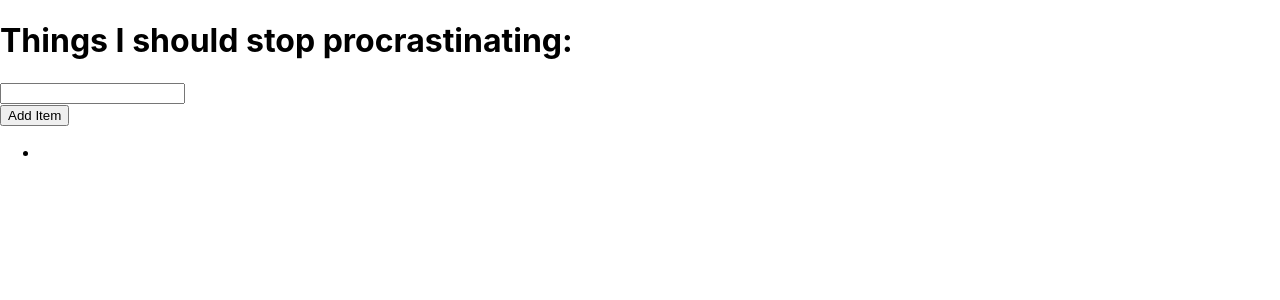
Repository: cerebrium/todolist
Page: /
An editor plug-in stored every save of this project. The page is shown before and after the next save, followed by the edit.
The browser window is 1280 px wide. The pictures show the whole page.
The project was rebuilt for these pictures with package versions that can differ from the ones it lists, and the page was loaded fresh each time. Also part of the build but not shown: src/App.css, src/ListItem.jsx.

Above is the page before, as saved 2019-11-25 15:23:47.

### src/App.jsx
import React from 'react';
import './App.css';
import './ListItem';
import ListItem from './ListItem';

class App extends React.Component {

  state = {
    toDoItemArray: [],
    add_item: ''
  }

    clearList = (event) => {
      this.setState({
        toDoItemArray: []
      })
    }

    handleChange = (event) => {
      this.setState({
        [event.target.name] : event.target.value
    })
    }

    handleClick = (event) => {
      event.preventDefault()
      let myArray = [...this.state.toDoItemArray]
      myArray.push(this.state.add_item)
      this.setState({
        toDoItemArray: myArray
      })
    }

  render () {
    let toDoList = this.state.toDoItemArray.map(ele => (
      <ListItem todoList={ele}/>
    ))
    return (
      <div>
        <h1> Things I should stop procrastinating:</h1>
        <form onSubmit={this.handleClick}>
          <input type="text" name='add_item' onChange={this.handleChange}/><br />
          <input type="submit" value="Add Item"/>
        </form>
          <ul>
            <li>{toDoList}</li>
          </ul>
      </div>
      )
    }
  }


export default App;

Loaded but not shown: public/index.html (common file); src/index.js (common file); src/index.css (common file); src/serviceWorker.js (common file)

After the next save:
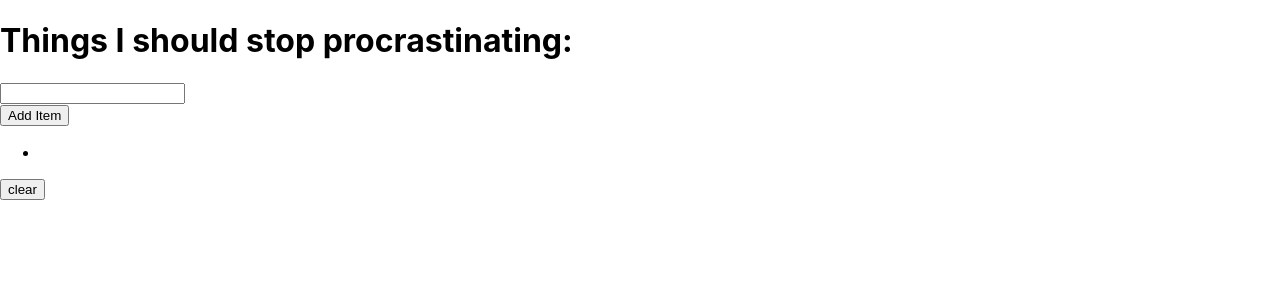
Saved 3 min 39 s later.
--- a/src/App.jsx
+++ b/src/App.jsx
@@ -45,6 +45,7 @@ class App extends React.Component {
           <ul>
             <li>{toDoList}</li>
           </ul>
+          <button onClick={this.clearList}>clear</button>
       </div>
       )
     }
